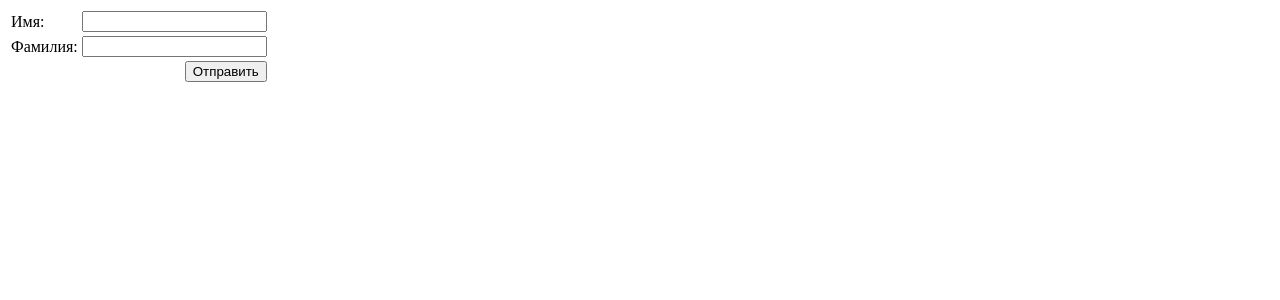
Repository: Marat1988/ExampleProgrammingLanguage
Page: Java/JavaEE/WebApp/src/main/webapp/NewFile.html
These files come from the project's save history. The page is drawn as it stood at one moment and after the next save; the edit follows.
The browser window is 1280 px wide. The pictures show the whole page.

Above is the page before, as saved 2023-08-16 11:47:46.

### Java/JavaEE/WebApp/src/main/webapp/NewFile.html
<!DOCTYPE html>
<html>
<head>
<meta charset="UTF-8">
<title>Form params in JSP</title>
</head>
<body>
	<form method="GET" action="MyServlet">
		<table>
			<tr>
				<td>Имя:</td>
				<td><input type="text" name="firstName"></td>
			</tr>
			<tr>
				<td>Фамилия:</td>
				<td><input type="text" name="secondName"></td>
			</tr>
			<tr>
				<td align="right" colspan="2"><input type="submit" value="Отправить"></td>
			</tr>
		</table>
	</form>
</body>
</html>

After the next save:
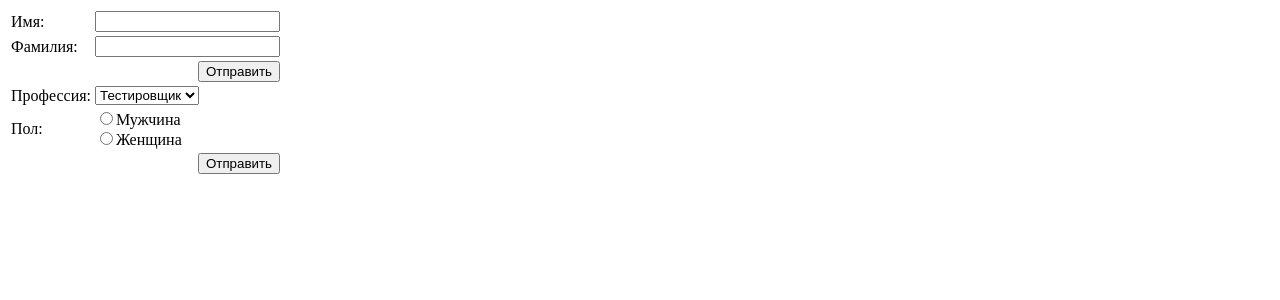
Saved 5 min 32 s later.
--- a/Java/JavaEE/WebApp/src/main/webapp/NewFile.html
+++ b/Java/JavaEE/WebApp/src/main/webapp/NewFile.html
@@ -18,6 +18,27 @@
 			<tr>
 				<td align="right" colspan="2"><input type="submit" value="Отправить"></td>
 			</tr>
+			<tr>
+				<td>Профессия:</td>
+				<td>
+					<select name="job">
+						<option value="Developer">Разработчик</option>
+						<option selected value="Tester">Тестировщик</option>
+						<option value="Analyst">Аналитик</option>
+					</select>
+
+				</td>
+			</tr>
+			<tr>
+				<td>Пол:</td>
+				<td>
+					<input type="radio" name="gender" value="М">Мужчина</input><br>
+					<input type="radio" name="gender" value="Ж">Женщина</input>
+				</td>
+			</tr>
+			<tr>
+				<td align="right" colspan="2"><input type="submit" value="Отправить"></td>
+			</tr>
 		</table>
 	</form>
 </body>
